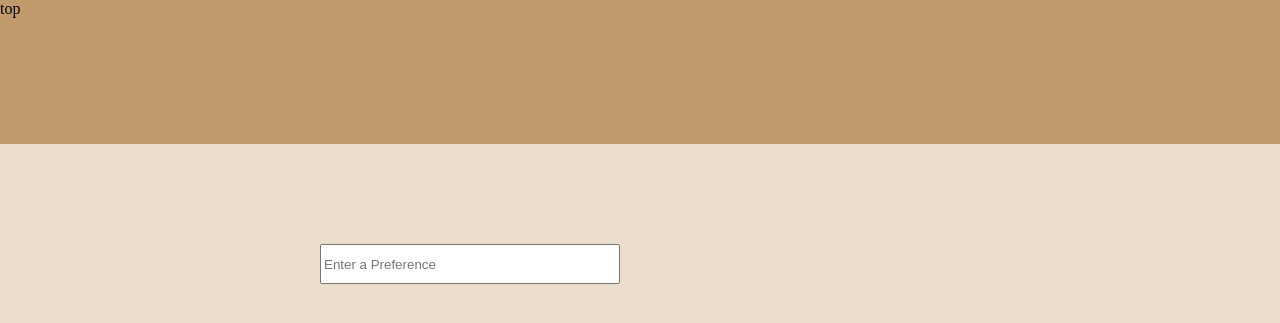
Repository: joshliu14/Travel-Mug
Page: /search
These files come from the project's save history. The page is drawn as it stood at one moment and after the next save; the edit follows.
The browser window is 1280 px wide. The pictures show the whole page.
The project was rebuilt for these pictures with package versions that can differ from the ones it lists, and the page was loaded fresh each time.

Above is the page before, as saved 2024-01-02 12:39:39.

### public/index.html
<!DOCTYPE html>
<html lang="en">
  <head>
    <meta charset="utf-8" />
    <link rel="icon" href="%PUBLIC_URL%/favicon.ico" />
    <link rel="stylesheet" href="./index.css" />
    <meta name="viewport" content="width=device-width, initial-scale=1" />
    <meta name="theme-color" content="#000000" />
    <meta
      name="description"
      content="Web site created using create-react-app"
    />
    <link rel="apple-touch-icon" href="%PUBLIC_URL%/logo192.png" />
    <!--
      manifest.json provides metadata used when your web app is installed on a
      user's mobile device or desktop. See https://developers.google.com/web/fundamentals/web-app-manifest/
    -->
    <link rel="manifest" href="%PUBLIC_URL%/manifest.json" />
    <!--
      Notice the use of %PUBLIC_URL% in the tags above.
      It will be replaced with the URL of the `public` folder during the build.
      Only files inside the `public` folder can be referenced from the HTML.

      Unlike "/favicon.ico" or "favicon.ico", "%PUBLIC_URL%/favicon.ico" will
      work correctly both with client-side routing and a non-root public URL.
      Learn how to configure a non-root public URL by running `npm run build`.
    -->
    <title>Travel Mug</title>
  </head>
  <body>
    <noscript>You need to enable JavaScript to run this app.</noscript>
    <div id="root"></div>
    <!--
      This HTML file is a template.
      If you open it directly in the browser, you will see an empty page.

      You can add webfonts, meta tags, or analytics to this file.
      The build step will place the bundled scripts into the <body> tag.

      To begin the development, run `npm start` or `yarn start`.
      To create a production bundle, use `npm run build` or `yarn build`.
    -->
  </body>
</html>

### src/index.js
import React from "react";
import ReactDOM from "react-dom";
import App from "./App";

import { BrowserRouter } from "react-router-dom";

ReactDOM.render(
  <BrowserRouter>
    <App />
  </BrowserRouter>,
  document.getElementById("root")
);

### src/App.js
import React from "react";
import Home from "./Home";

import { Switch, Route } from "react-router-dom";

const App = () => {
  return (
    <Switch>
      <Route exact path="/search">
        <Home />
      </Route>
    </Switch>
  );
};

export default App;

### src/Home.js
import React from "react";
import "./Home.css";

class Search extends React.Component {
  render() {
    return (
      <div>
        <div className="top">top</div>
        <div className="bottom">
          <div className="search-bar-container">
            <input className="search-bar" placeholder="Enter a Preference" />
          </div>
        </div>
      </div>
    );
  }
}

export default Search;

### src/Home.css
.top {
  background-color: #c19a6b;
  display: flex;
  min-width: 100vw;
  min-height: 20vh;
}

.bottom {
  background-color: #eaddca;
  display: flex;
  justify-content: center;
  min-width: 100vw;
  min-height: 80vh;
}

.search-bar-container {
  min-width: 50vw;
  min-height: 50vh;
  padding: 100px 20px;
}

.search-bar {
  width: 300px;
  height: 40px;
  box-sizing: border-box;
}

### public/index.css
html,
body {
  margin: 0px;
  padding: 0px;
}

After the next save:
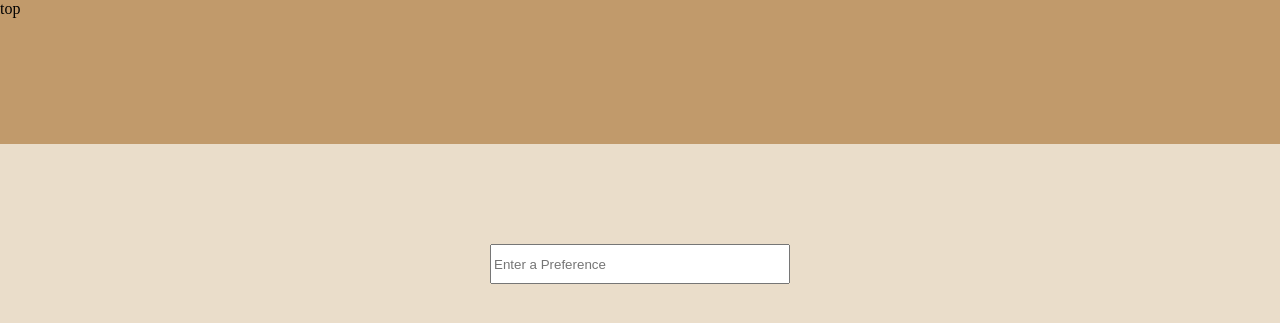
Saved 37 s later.
--- a/src/Home.css
+++ b/src/Home.css
@@ -14,8 +14,7 @@
 }
 
 .search-bar-container {
-  min-width: 50vw;
-  min-height: 50vh;
+  justify-content: center;
   padding: 100px 20px;
 }
 
